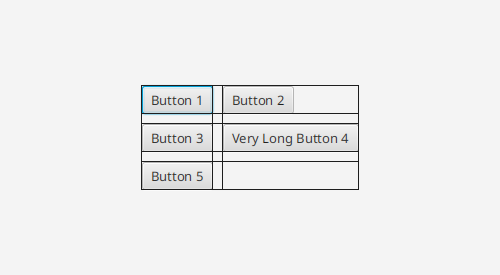
Repository: panushetty/Java
Program's window: java LayoutsFx/src/application/Main.java
An editor plug-in stored every save of this project. The program's window is shown before and after the next save, followed by the edit.
It runs on Java 21 on a 1366 x 768 screen with JavaFX 11; the title bar is not drawn.

Above is the program's window before, as saved 2018-01-08 14:10:03.

### LayoutsFx/src/application/Main.java
package application;

import javafx.application.Application;
import javafx.fxml.FXMLLoader;
import javafx.stage.Stage;
import javafx.scene.Parent;
import javafx.scene.Scene;
import javafx.scene.layout.BorderPane;


public class Main extends Application {
	@Override
	public void start(Stage primaryStage) throws Exception{
		Parent root=FXMLLoader.load(getClass().getResource("sample.fxml"));
		primaryStage.setTitle("Hello World");
		primaryStage.setScene(new Scene(root,500,275));
		primaryStage.show();
	}

	public static void main(String[] args) {
		launch(args);
	}
}

### LayoutsFx/src/application/Controller.java
package application;

public class Controller {

}

### LayoutsFx/src/application/sample.fxml
<?xml version="1.0" encoding="UTF-8"?>
<?import javafx.geometry.Insets?>
<?import javafx.scene.layout.GridPane?>

<?import javafx.scene.control.Button?>
<?import javafx.scene.control.Label?>
<?import javafx.scene.text.Font?>
<GridPane fx:controller="application.Controller"
          xmlns:fx="http://javafx.com/fxml" alignment="center" hgap="10" vgap="10"
          gridLinesVisible="true">

          <Button text="Button 1" GridPane.rowIndex="0" GridPane.columnIndex="0"/>
          <Button text="Button 2" GridPane.rowIndex="0" GridPane.columnIndex="1"/>
          <Button text="Button 3" GridPane.rowIndex="1" GridPane.columnIndex="0"/>
          <Button text="Very Long Button 4" GridPane.rowIndex="1" GridPane.columnIndex="1"/>
          <Button text="Button 5" GridPane.rowIndex="2" GridPane.columnIndex="0"/>
</GridPane>

After the next save:
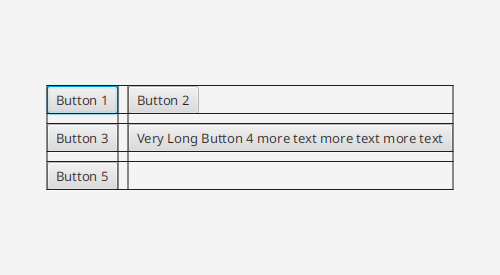
Saved 112 s later.
--- a/LayoutsFx/src/application/sample.fxml
+++ b/LayoutsFx/src/application/sample.fxml
@@ -12,6 +12,6 @@
           <Button text="Button 1" GridPane.rowIndex="0" GridPane.columnIndex="0"/>
           <Button text="Button 2" GridPane.rowIndex="0" GridPane.columnIndex="1"/>
           <Button text="Button 3" GridPane.rowIndex="1" GridPane.columnIndex="0"/>
-          <Button text="Very Long Button 4" GridPane.rowIndex="1" GridPane.columnIndex="1"/>
+          <Button text="Very Long Button 4 more text more text more text" GridPane.rowIndex="1" GridPane.columnIndex="1"/>
           <Button text="Button 5" GridPane.rowIndex="2" GridPane.columnIndex="0"/>
 </GridPane>
